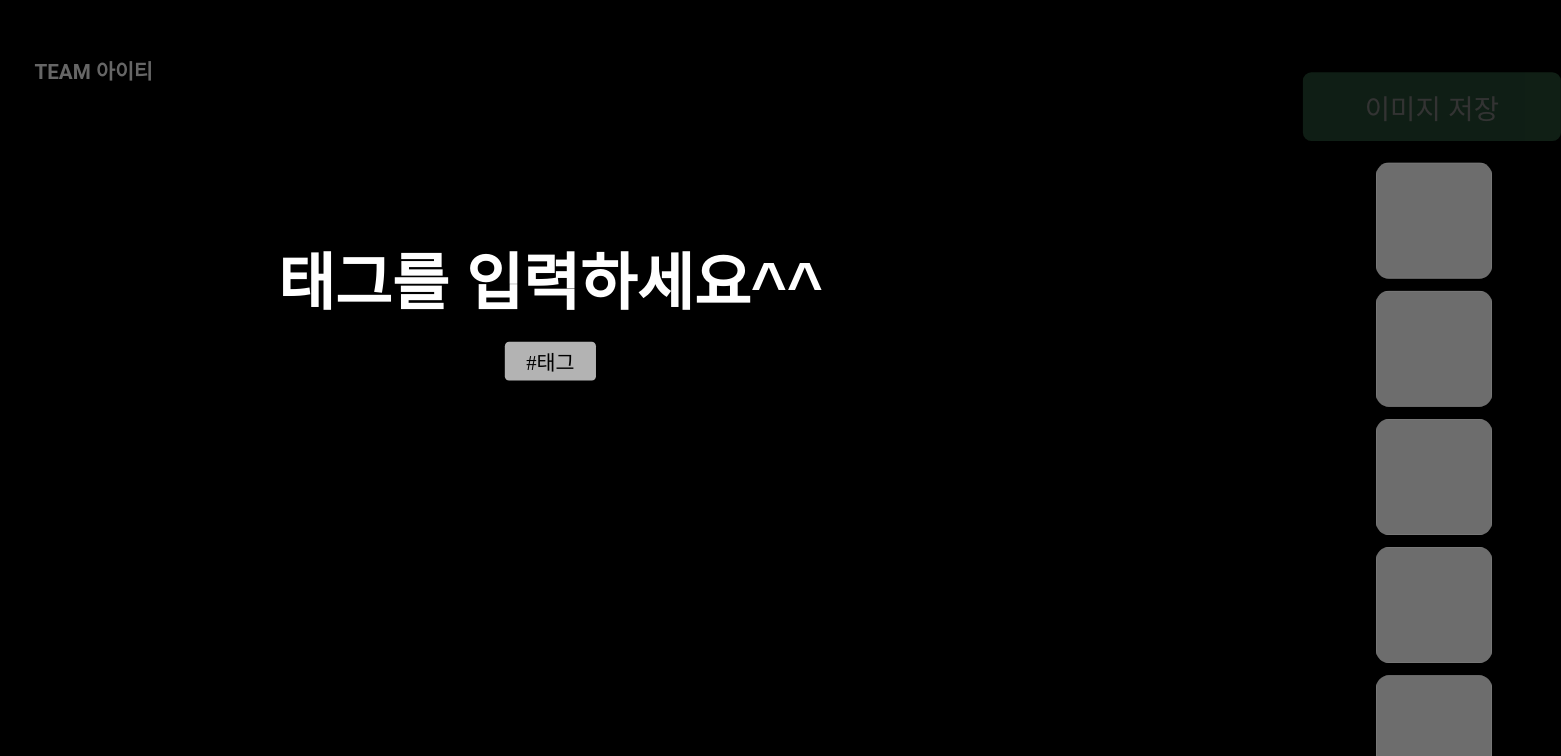
Repository: YoonJoowon/ImageTagPrinter
Page: public/index.html
An editor plug-in stored every save of this project. The page is shown before and after the next save, followed by the edit.
The browser window is 1280 px wide. The page is 1815 px wide, then 1780 px, then 1815 px, so the pictures cover 1815 px, including what lies to the right of the window. The pictures show the whole page, at 86% of full size.
The first visible `.btn` is being pressed.
An inner scrolling area shows only its first screen.

Above is the page before, as saved 2023-04-15 13:38:04.

After the next save:
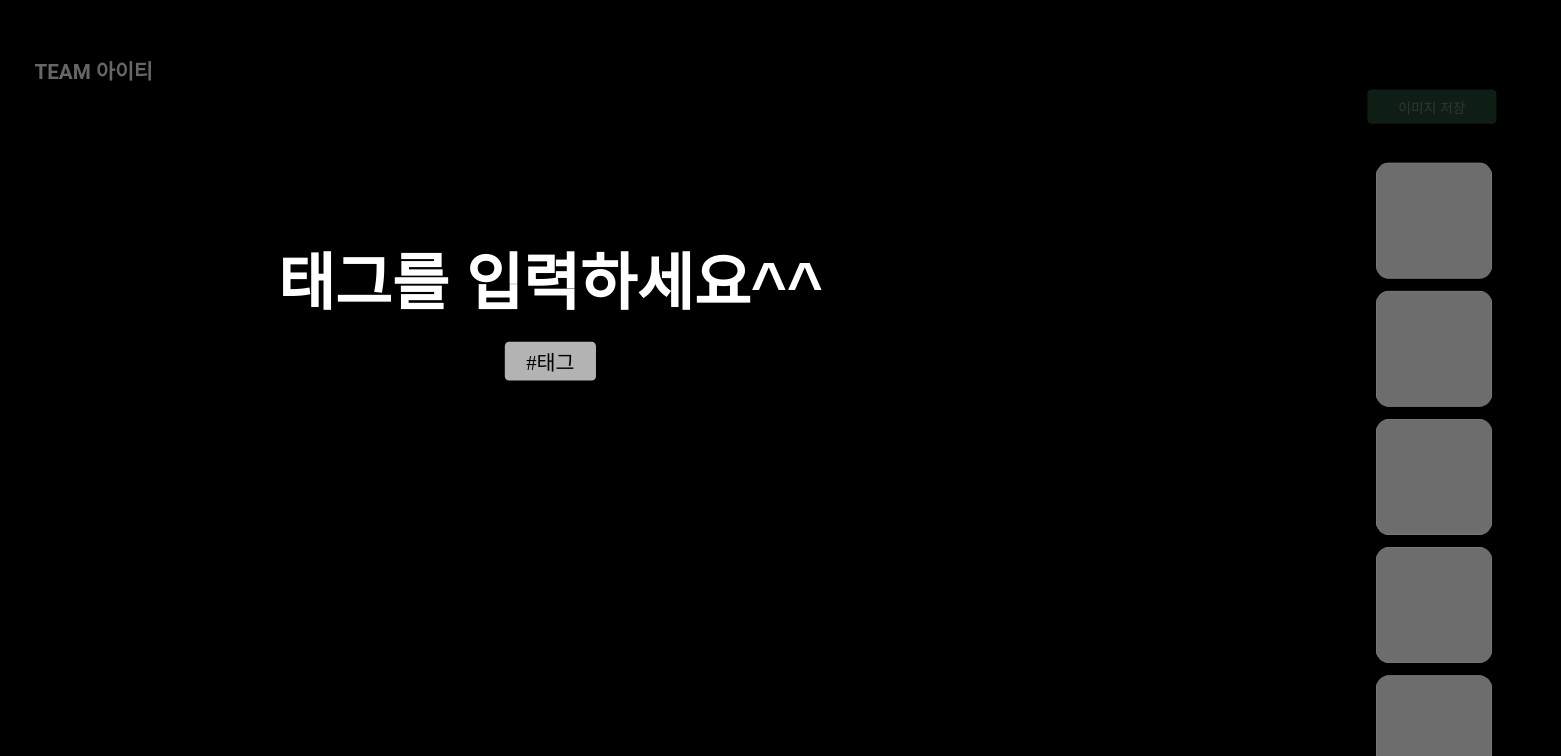
Saved 38 days later.
--- a/src/index.css
+++ b/src/index.css
@@ -77,7 +77,7 @@
   }
 
   .btn:active {
-    transform: scale(2);
+    transform: scale(1);
     opacity: 0.2;
   }
   .btn:hover {

After the save that followed:
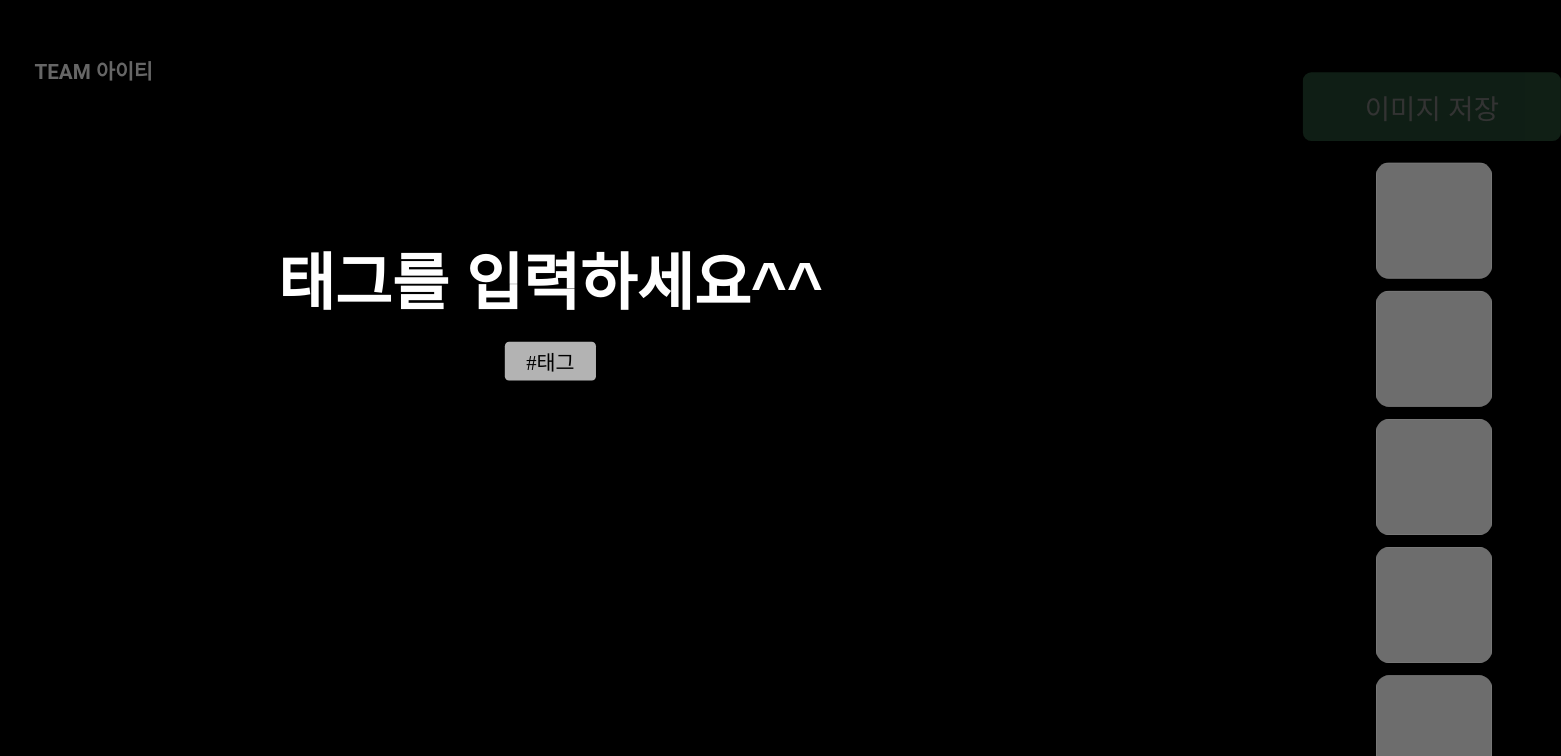
Saved 4 s later.
--- a/src/index.css
+++ b/src/index.css
@@ -77,7 +77,7 @@
   }
 
   .btn:active {
-    transform: scale(1);
+    transform: scale(2);
     opacity: 0.2;
   }
   .btn:hover {
